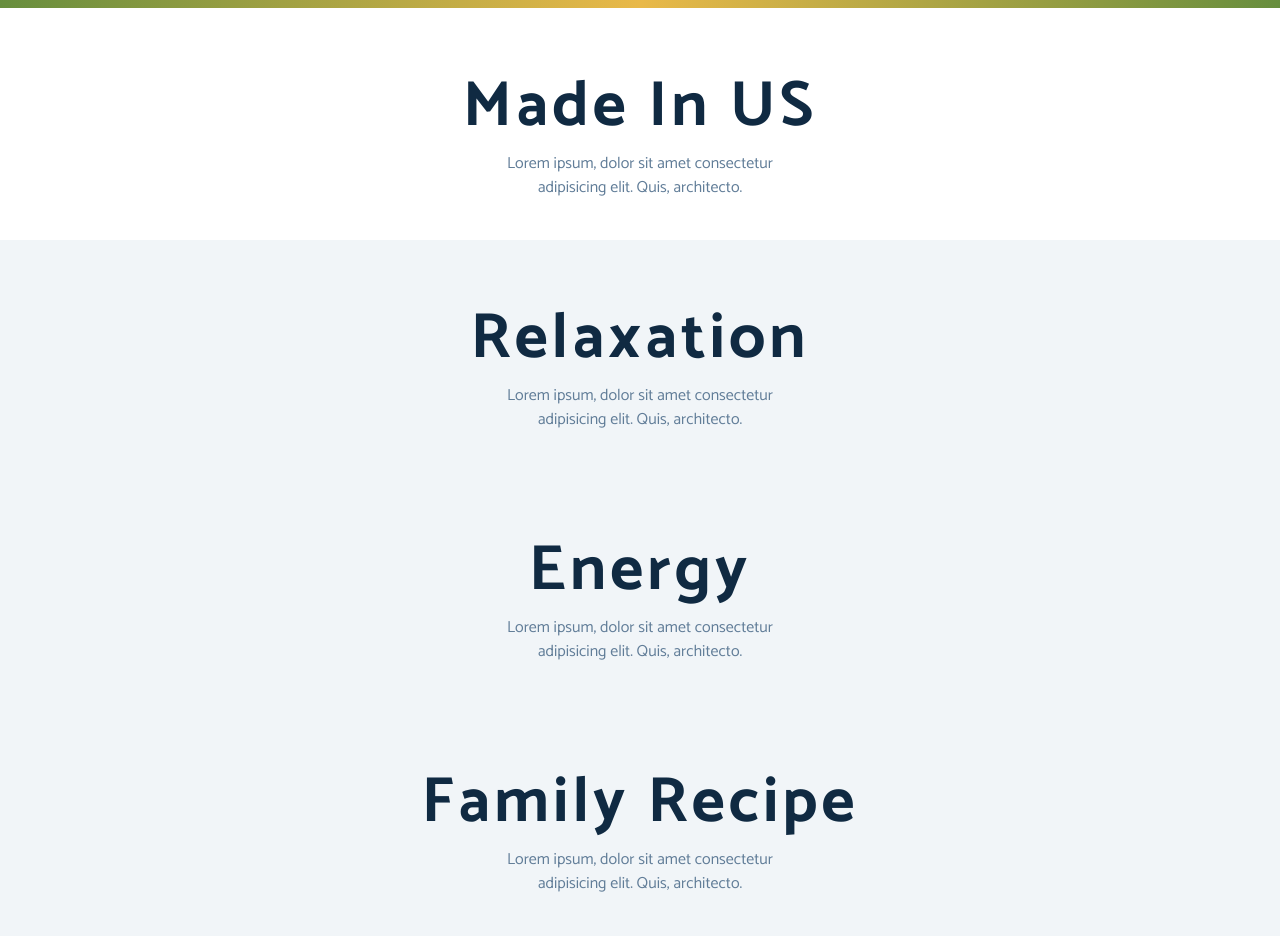
Repository: waniArif/tea-project
Page: index.html
An editor plug-in stored every save of this project. The page is shown before and after the next save, followed by the edit.
The browser window is 1280 px wide. The pictures show the part of the page from y = 720 to 1656 px (the page is 1656 px tall).
The pointer rests on the first visible `.skill`.
Some icons come from a web library that is not loaded, so they are not drawn. Backgrounds fixed to the window are drawn as part of the page. Some web fonts or font styles are not loaded; a fallback is used.

Above is the page before, as saved 2021-07-04 15:18:53.
Console error: TypeError: Cannot read properties of null (reading 'addEventListener')

After the next save:
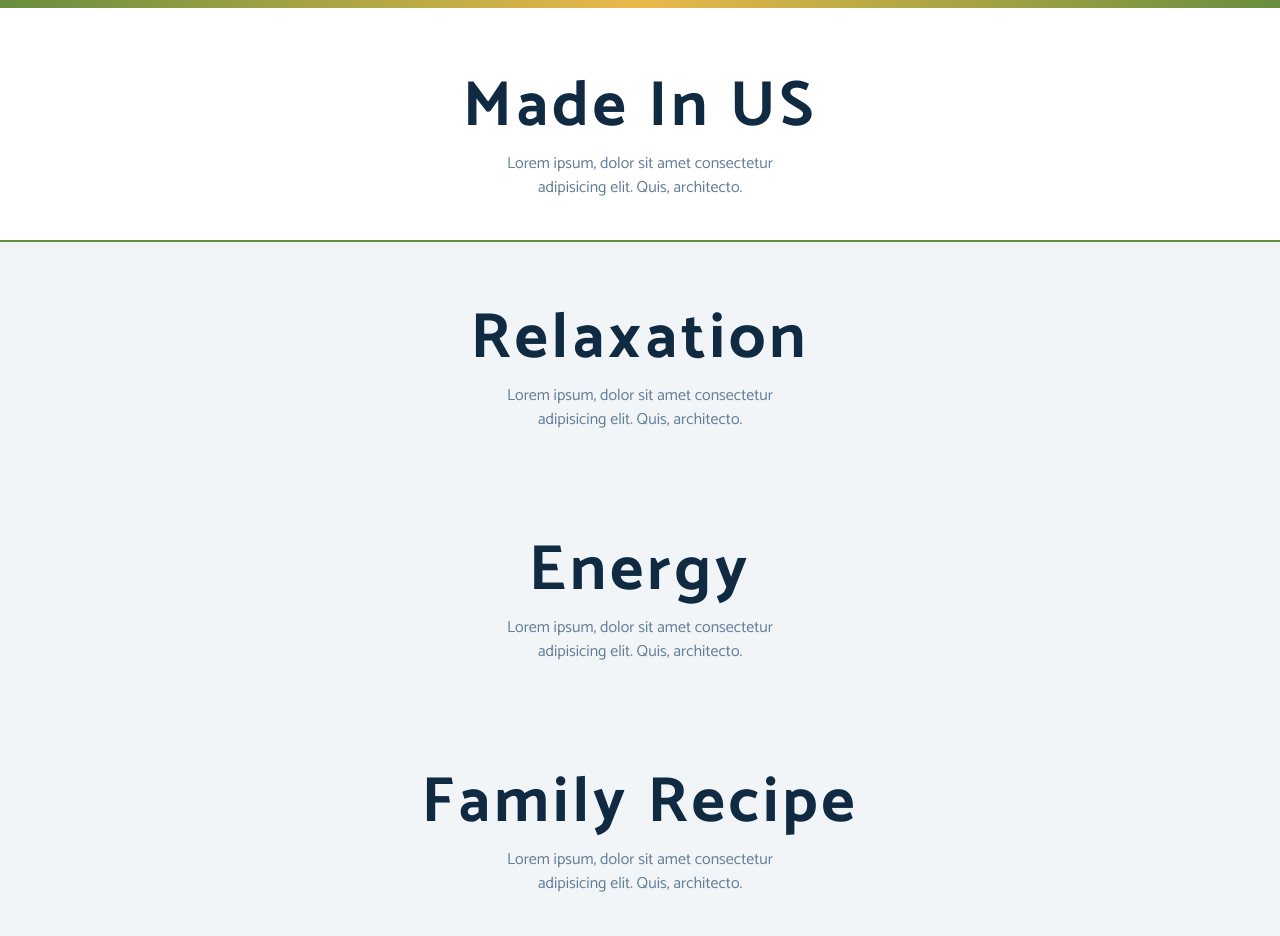
Saved 57 s later.
--- a/css/styles.css
+++ b/css/styles.css
@@ -209,4 +209,5 @@ Skills
 
 .skill:hover {
   background: var(--clr-white);
-}
+  box-shadow: 0 2px var(--clr-primary);
+}
